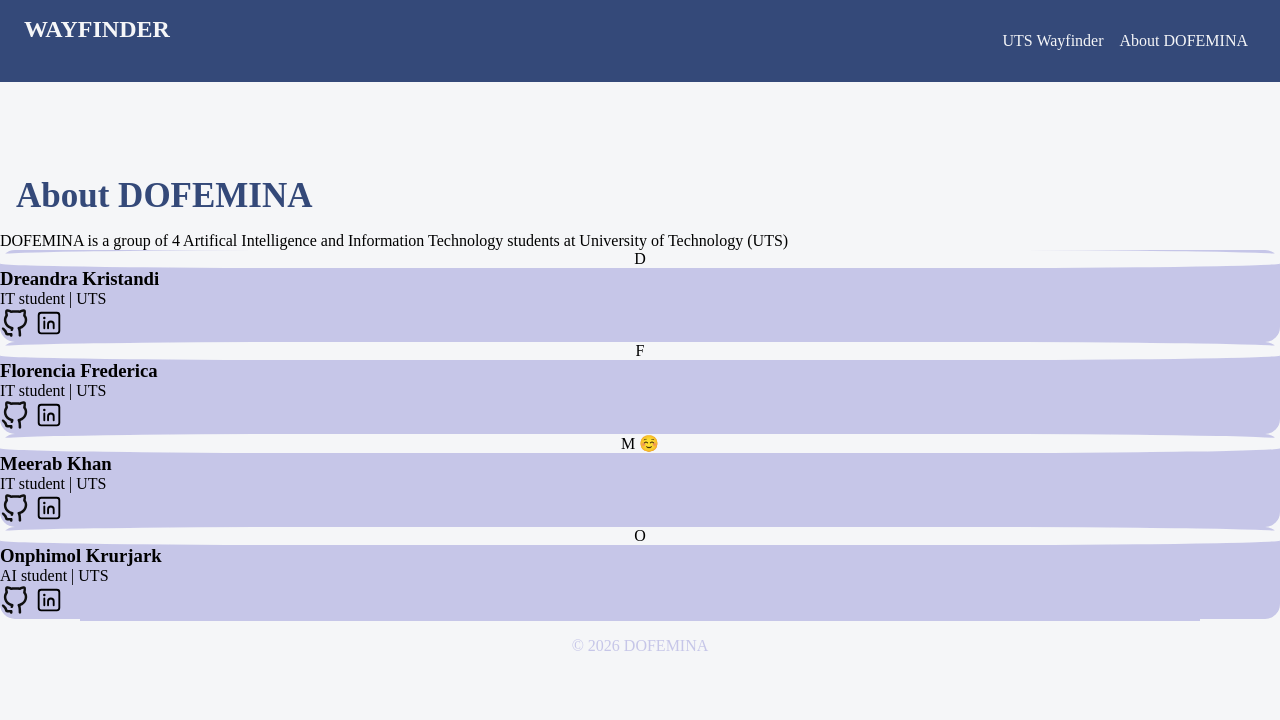
Repository: Meerab-K/uts-wayfinder
Page: html/about.html
The author's editor kept a copy of each file at every save. The page is drawn from the files as they stood at one save, then again after the next save.
The browser window is 1280 px wide. The pictures show the whole page.
Some web fonts or font styles are not loaded; a fallback is used.

Above is the page before, as saved 2026-10-19 20:16:46.

After the next save:
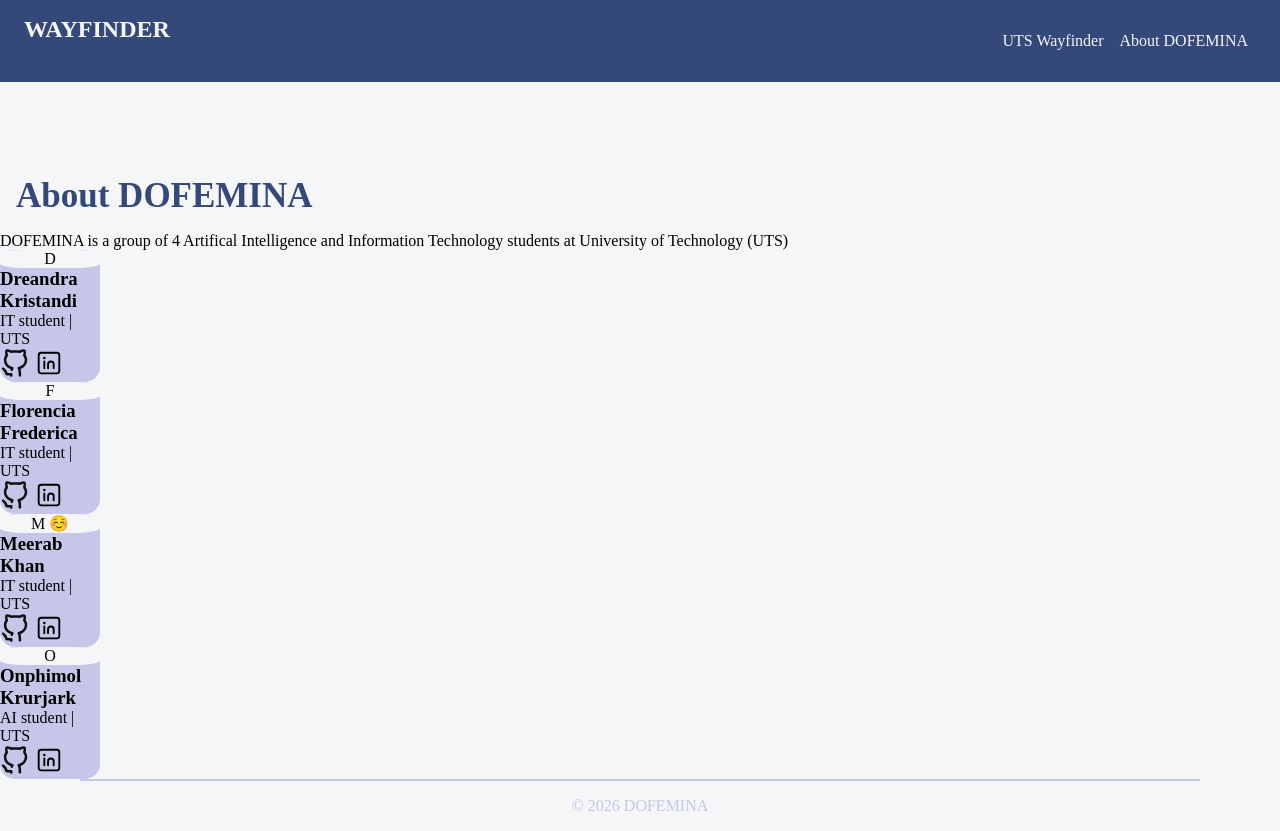
Saved 6 s later.
--- a/css/about.css
+++ b/css/about.css
@@ -1,6 +1,6 @@
 .card-holder {
     background-color: var(--highlight-purple);
-    width: 25;
+    width: 100px;
     border-radius: 15px;
 }
 

After the save that followed:
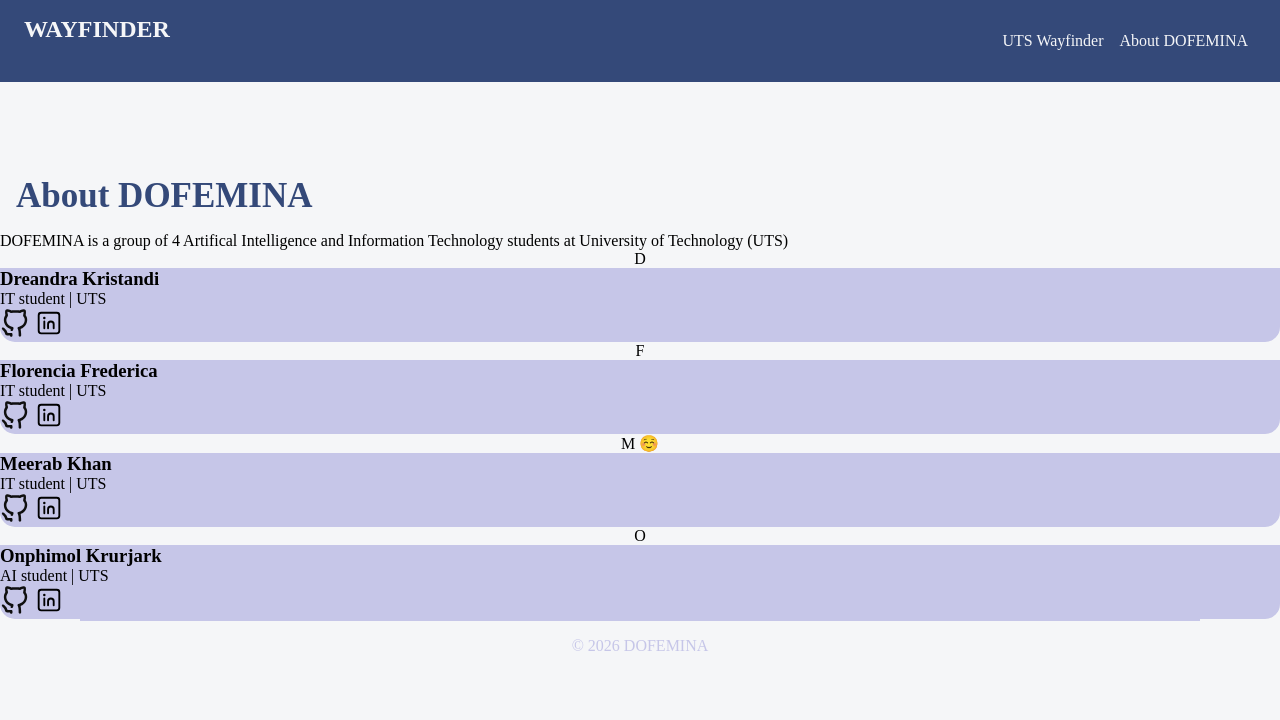
Saved 22 s later.
--- a/css/about.css
+++ b/css/about.css
@@ -1,11 +1,11 @@
 .card-holder {
     background-color: var(--highlight-purple);
-    width: 100px;
     border-radius: 15px;
 }
 
 .profile {
     text-align: center;
+    f
     border-radius: 25%;
     background-color: var(--background-color);
 }
